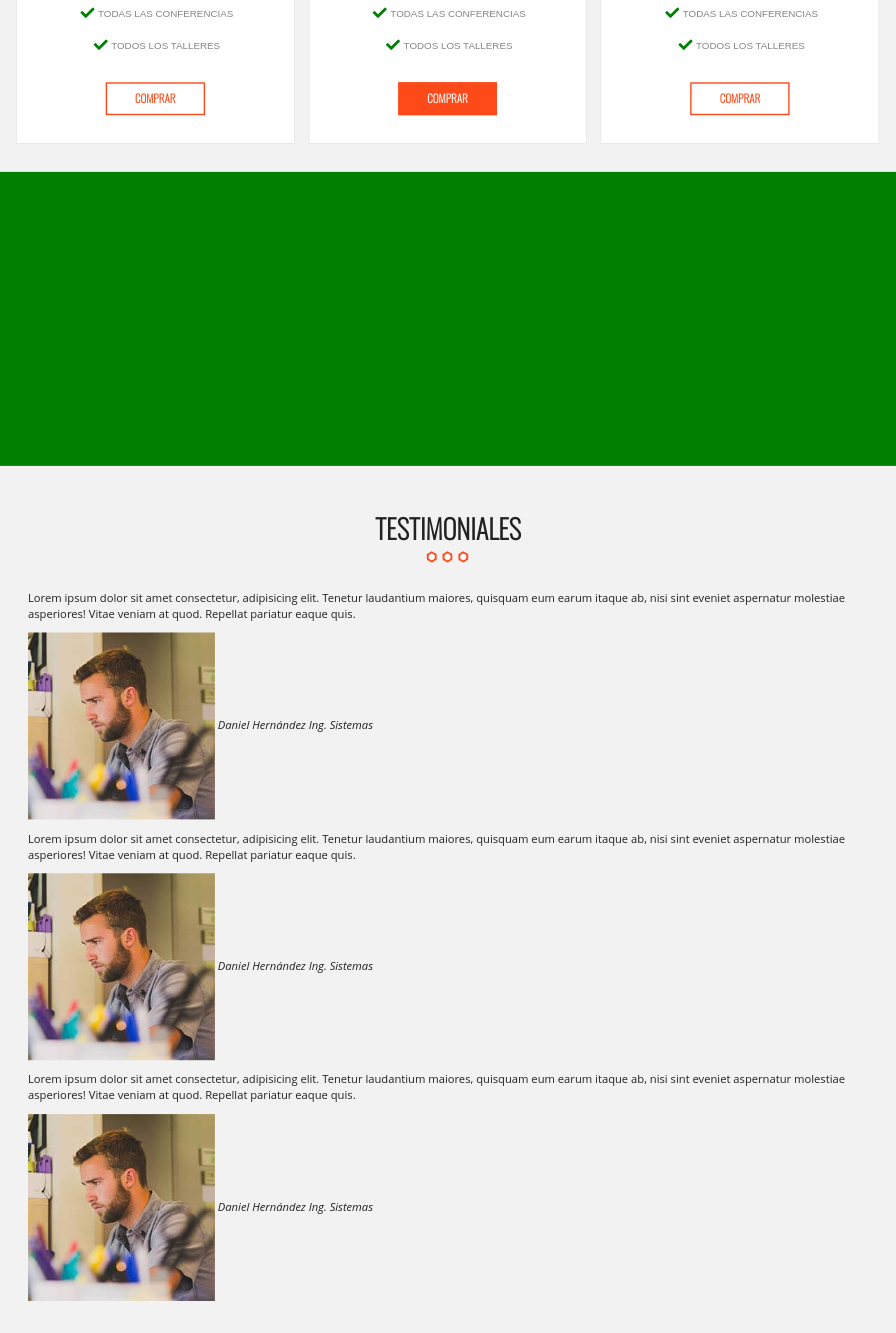
Repository: edgarhdzp/pagina-conferencias-reservaciones
Page: index.html
An editor plug-in stored every save of this project. The page is shown before and after the next save, followed by the edit.
The browser window is 1280 px wide. The pictures show the part of the page from y = 3792 to 5712 px (the page is 5696 px tall before and 5712 px after), at 70% of full size.

Above is the page before, as saved 2020-07-01 18:49:33.

### index.html
<!doctype html>
<html class="no-js" lang="">

<head>
    <meta charset="utf-8">
    <title>CONFERENCIAS</title>
    <meta name="description" content="">
    <meta name="viewport" content="width=device-width, initial-scale=1">

    <meta property="og:title" content="">
    <meta property="og:type" content="">
    <meta property="og:url" content="">
    <meta property="og:image" content="">

    <link rel="manifest" href="site.webmanifest">
    <link rel="apple-touch-icon" href="icon.png">
    <!-- Place favicon.ico in the root directory -->

    <link rel="stylesheet" href="css/normalize.css">
    <link rel="stylesheet" href="css/fontawesome.min.css">
    <link rel="stylesheet" href="css/all.min.css">
    <link rel="stylesheet" href="css/main.css">
    <link href="https://fonts.googleapis.com/css2?family=Oswald:wght@200&display=swap" rel="stylesheet">

    <meta name="theme-color" content="#fafafa">
</head>

<body>


    <header class="site-header">
        <div class="hero">
            <div class="contenido-header">
                <nav class="redes-sociales">
                    <a href="·"><i class="fab fa-facebook-f"></i></a>
                    <a href="·"><i class="fab fa-twitter"></i></a>
                    <a href="·"><i class="fab fa-youtube"></i></a>
                    <a href="·"><i class="fab fa-instagram"></i></a>
                </nav>
                <div class="informacion-evento">
                    <div class="clearfix">
                        <p class="fecha"><i class="far fa-calendar-minus"></i>10-12-Dic</p>
                        <p class="ciudad"><i class="fas fa-map-marker-alt"></i>San Miguel de Allende</p>
                    </div>
                    <h1 class="nombre-sitio">Congreso Dragón</h1>
                    <p class="slogan">La mejor conferencia de <span>Tecnologia e Innovacion</span></p>
                </div>
            </div>
        </div>
    </header>

    <div class="barra">
        <div class="contenedor clearfix">
            <div class="logo">
                <img src="img/itses.png" alt="logo gdlwebcamp">
            </div>

            <div class="menu-movil">
                <span></span>
                <span></span>
                <span></span>
                <span></span>
            </div>

            <nav class="menu-principal clearfix">
                <a href="#">Conferencia</a>
                <a href="#">Calendario</a>
                <a href="#">Invitados</a>
                <a href="#">Reservaciones</a>
            </nav>
        </div>
    </div>
    <section class="seccion contenedor">
        <h2>La mejor conferencia web en español</h2>
        <p>Lorem ipsum, dolor sit amet consectetur adipisicing elit. Incidunt eius aut accusantium veritatis, ut mollitia culpa? Impedit necessitatibus et magnam voluptatem, voluptate similique iste, numquam placeat, corporis expedita repudiandae officiis.</p>
    </section>

    <section class="programa">
        <div class="contenedor-video">
            <video autoplay loop poster="bg-talleres.jpg">
              <source src="video/video.mp4" type="video/mp4">
                <source src="video/video.webm" type="video/webm">
                  <source src="video/video.ogv" type="video/ogv">
            </video>
        </div>
        <div class="contenido-programa">
            <div class="contenedor">
                <div class="programa-evento">
                    <h2>programa del evento</h2>
                    <nav class="menu-programa">
                        <a href=""><i class="fas fa-code"></i> Talleres</a>
                        <a href=""><i class="fas fa-comments"></i> Conferencias</a>
                        <a href=""><i class="fas fa-university"></i> Seminarios</a>
                    </nav>

                    <div id="talleres" class="info-curso ocultar clearfix">
                        <div class="detalle-evento">
                            <h3>HTML CSS JS</h3>
                            <p><i class="fas fa-clock"></i>20:00 HRS</p>
                            <p><i class="fas fa-calendar-times"></i> 5 DE MAYO</p>
                            <p><i class="fas fa-user"></i>JUAN LUIS</p>
                        </div>
                        <div class="detalle-evento">
                            <h3>diseño reponsibo</h3>
                            <p><i class="fas fa-clock"></i>18:00 HRS</p>
                            <p><i class="fas fa-calendar-times"></i> 5 DE MAYO</p>
                            <p><i class="fas fa-user"></i>JUAN LUIS</p>
                        </div>
                        <a href="" class="button float-right">Ver todosfta</a>
                    </div>
                </div>
            </div>
        </div>
    </section>
    <section class="invitados contenedor seccion ">
        <h2>nuestros invitados</h2>
        <ul class="lista-invitados clearfix">
            <li>
                <div class="invitado">
                    <img src="img/invitado1.jpg" alt="imagen invitado">
                    <p>cuau blanco</p>
                </div>
            </li>
            <li>
                <div class="invitado">
                    <img src="img/invitado2.jpg" alt="imagen invitado">
                    <p>laura</p>
                </div>
            </li>
            <li>
                <div class="invitado">
                    <img src="img/invitado3.jpg" alt="imagen invitado">
                    <p>memin</p>
                </div>
            </li>
            <li>
                <div class="invitado">
                    <img src="img/invitado4.jpg" alt="imagen invitado">
                    <p>soindero</p>
                </div>
            </li>
            <li>
                <div class="invitado">
                    <img src="img/invitado5.jpg" alt="imagen invitado">
                    <p>pinocho</p>
                </div>
            </li>
            <li>
                <div class="invitado">
                    <img src="img/invitado6.jpg" alt="imagen invitado">
                    <p>cepillin</p>
                </div>
            </li>
        </ul>
    </section>

    <div class="contador parralax">
        <div class="contenedor">
            <ul class="resumen-evento clearfix">
                <li>
                    <p class="numero">6</p>Invitados
                </li>
                <li>
                    <p class="numero">9</p>Talleres
                </li>
                <li>
                    <p class="numero">21</p>Dias
                    <p></p>
                </li>
                <li>
                    <p class="numero">15</p>Conferencias
                </li>
            </ul>
        </div>
    </div>


    <section class="precios seccion">
        <h2>Precios</h2>
        <div class="contenedor">
            <ul class="lista-precios clearfix">
                <li>
                    <div class="tabla-precio">
                        <h3>Pase por dia</h3>
                        <p class="numero">$30</p>
                        <ul>
                            <li>bocados gratis</li>
                            <li>todas las conferencias</li>
                            <li>todos los talleres</li>
                        </ul>
                        <a href="#" class="button hollow">comprar</a>
                    </div>
                </li>
                <li>
                    <div class="tabla-precio">
                        <h3>TODOS LOS DIAS</h3>
                        <p class="numero">$50</p>
                        <ul>
                            <li>bocados gratis</li>
                            <li>todas las conferencias</li>
                            <li>todos los talleres</li>
                        </ul>
                        <a href="#" class="button">comprar</a>
                    </div>
                </li>
                <li>
                    <div class="tabla-precio">
                        <h3>Pase por dos dias</h3>
                        <p class="numero">$45</p>
                        <ul>
                            <li>bocados gratis</li>
                            <li>todas las conferencias</li>
                            <li>todos los talleres</li>
                        </ul>
                        <a href="#" class="button hollow">comprar</a>
                    </div>
                </li>
            </ul>
        </div>
    </section>

    <div class="mapa" id="mapa"></div>

    <section class="seccion">
        <h2>testimoniales</h2>
        <div class="testimonio contenedor"></div>
        <div class="testimonial">
            <blockquote>
                <p>Lorem ipsum dolor sit amet consectetur, adipisicing elit. Tenetur laudantium maiores, quisquam eum earum itaque ab, nisi sint eveniet aspernatur molestiae asperiores! Vitae veniam at quod. Repellat pariatur eaque quis.</p>
                <footer>
                    <img src="img/testimonial.jpg" alt="imagen testimonial">
                    <cite>Daniel Hernández <span>Ing. Sistemas</span></cite>
                </footer>
            </blockquote>
        </div>
        <div class="testimonial">
            <blockquote>
                <p>Lorem ipsum dolor sit amet consectetur, adipisicing elit. Tenetur laudantium maiores, quisquam eum earum itaque ab, nisi sint eveniet aspernatur molestiae asperiores! Vitae veniam at quod. Repellat pariatur eaque quis.</p>
                <footer>
                    <img src="img/testimonial.jpg" alt="imagen testimonial">
                    <cite>Daniel Hernández <span>Ing. Sistemas</span></cite>
                </footer>
            </blockquote>
        </div>
        <div class="testimonial">
            <blockquote>
                <p>Lorem ipsum dolor sit amet consectetur, adipisicing elit. Tenetur laudantium maiores, quisquam eum earum itaque ab, nisi sint eveniet aspernatur molestiae asperiores! Vitae veniam at quod. Repellat pariatur eaque quis.</p>
                <footer>
                    <img src="img/testimonial.jpg" alt="imagen testimonial">
                    <cite>Daniel Hernández <span>Ing. Sistemas</span></cite>
                </footer>
            </blockquote>
        </div>
    </section>

    <script src="js/vendor/modernizr-3.11.2.min.js">
    </script>
    <script src="js/plugins.js"></script>
    <script src="js/main.js"></script>

    <!-- Google Analytics: change UA-XXXXX-Y to be your site's ID. -->
    <script>
        window.ga = function() {
            ga.q.push(arguments)
        };
        ga.q = [];
        ga.l = +new Date;
        ga('create', 'UA-XXXXX-Y', 'auto');
        ga('set', 'anonymizeIp', true);
        ga('set', 'transport', 'beacon');
        ga('send', 'pageview')
    </script>
    <script src="https://www.google-analytics.com/analytics.js" async></script>
</body>


</html>

Loaded but not shown: css/normalize.css (library); css/fontawesome.min.css (library); css/all.min.css (library); js/vendor/modernizr-3.11.2.min.js (library); js/plugins.js (24 lines, source omitted); css/main.css (816 lines, source omitted); js/main.js (no stored copy; drawn as an empty file)

After the next save:
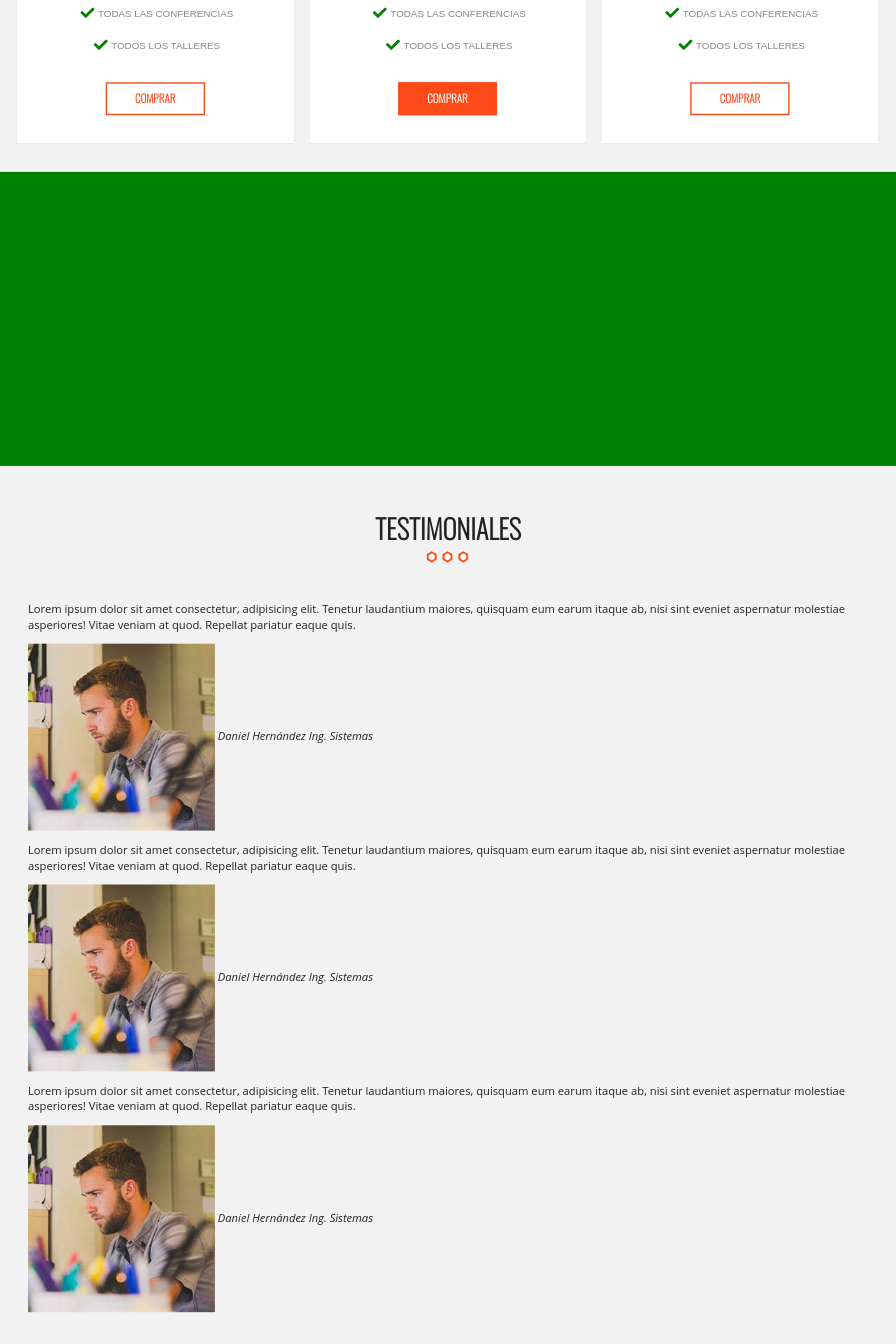
Saved 4 s later.
--- a/index.html
+++ b/index.html
@@ -223,7 +223,7 @@
 
     <section class="seccion">
         <h2>testimoniales</h2>
-        <div class="testimonio contenedor"></div>
+        <div class="testimonio contenedor clearfix"></div>
         <div class="testimonial">
             <blockquote>
                 <p>Lorem ipsum dolor sit amet consectetur, adipisicing elit. Tenetur laudantium maiores, quisquam eum earum itaque ab, nisi sint eveniet aspernatur molestiae asperiores! Vitae veniam at quod. Repellat pariatur eaque quis.</p>
